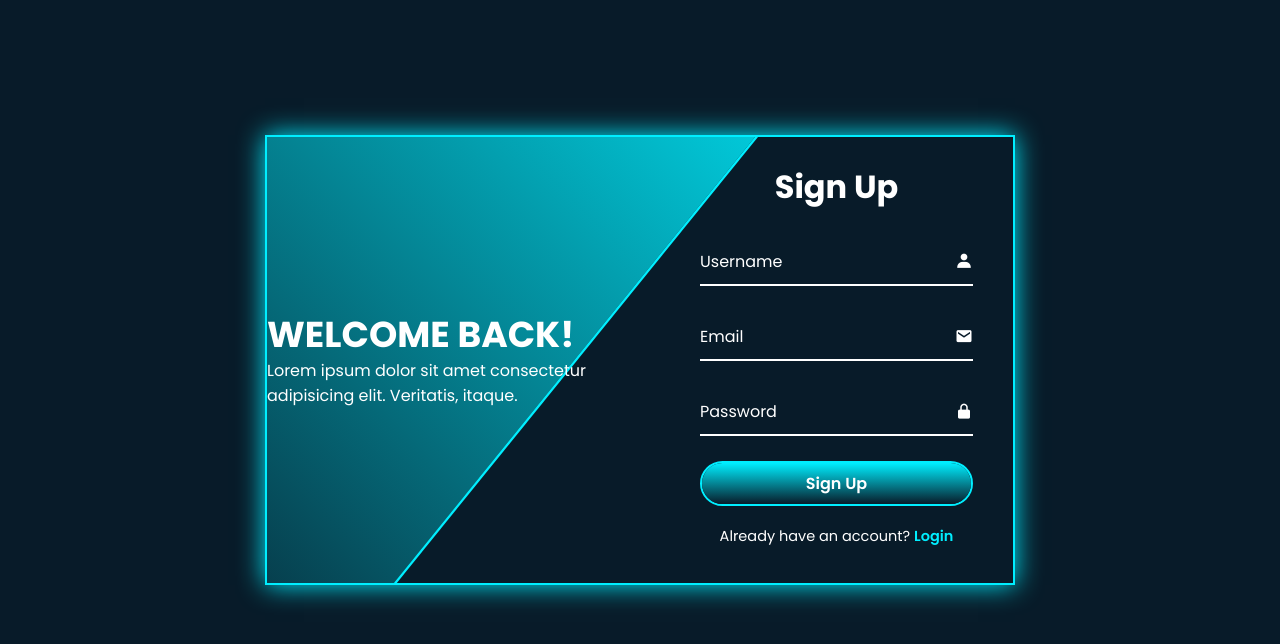
Repository: swastikjhacoder/Login-Registration-HTML
Page: index.html
The author's editor kept a copy of each file at every save. The page is drawn from the files as they stood at one save, then again after the next save.
The browser window is 1280 px wide. The pictures show the whole page.

Above is the page before, as saved 2023-09-18 16:05:44.
Not found: js/toastify.js

### index.html
<!DOCTYPE html>
<html lang="en">
  <head>
    <meta charset="UTF-8" />
    <meta http-equiv="X-UA-Compatible" content="IE=edge" />
    <meta name="viewport" content="width=device-width, initial-scale=1.0" />
    <title>Login</title>
    <link rel="shortcut icon" href="./images/favicon.png" />
    <link rel="stylesheet" href="style.css" />
    <link href='https://unpkg.com/boxicons@2.1.4/css/boxicons.min.css' rel='stylesheet'>
    <script src="./js/toastify.js"></script>
  </head>
  <body>
    <div class="wrapper">
        <span class="bg-animate1"></span>
        <span class="bg-animate2"></span>

        <div class="form-box login">
            <h2>Login</h2>
            <form action="#">
                <div class="input-box">
                    <input type="text" required/>
                    <label>Username</label>
                    <i class='bx bxs-user'></i>
                </div>
                <div class="input-box">
                    <input type="password" required/>
                    <label>Password</label>
                    <i class='bx bxs-lock-alt' ></i>
                </div>
                <button type="submit" class="btn">Login</button>
                <div class="logreg-link">
                    <p>Don't have an account? <a href="#" class="register-link">Sign Up</a></p>
                </div>
            </form>
        </div>
        <div class="info-text login">
            <h2>Welcome Back!</h2>
            <p>Lorem ipsum dolor sit amet consectetur adipisicing elit. Veritatis, itaque.</p>
        </div>

        <div class="form-box register">
            <h2>Sign Up</h2>
            <form action="#">
                <div class="input-box">
                    <input type="text" required/>
                    <label>Username</label>
                    <i class='bx bxs-user'></i>
                </div>
                <div class="input-box">
                    <input type="email" required/>
                    <label>Email</label>
                    <i class='bx bxs-envelope' ></i>
                </div>
                <div class="input-box">
                    <input type="password" required/>
                    <label>Password</label>
                    <i class='bx bxs-lock-alt' ></i>
                </div>
                <button type="submit" class="btn">Sign Up</button>
                <div class="logreg-link">
                    <p>Already have an account? <a href="#" class="login-link">Login</a></p>
                </div>
            </form>
        </div>

        <div class="info-text register">
            <h2>Welcome Back!</h2>
            <p>Lorem ipsum dolor sit amet consectetur adipisicing elit. Veritatis, itaque.</p>
        </div>
    </div>

  </body>
</html>

### style.css
@import url('https://fonts.googleapis.com/css2?family=Poppins:ital,wght@0,100;0,200;0,300;0,400;0,500;0,600;0,700;0,800;0,900;1,400&display=swap');

* {
    margin: 0;
    padding: 0;
    box-sizing: border-box;
    font-family: 'Poppins', sans-serif;
}

body {
    display: flex;
    justify-content: center;
    align-items: center;
    min-height: 100vh;
    background: #081b29;
}

.wrapper {
    position: relative;
    width: 750px;
    height: 450px;
    background: transparent;
    border: 2px solid #0ef;
    box-shadow: 0 0 25px #0ef;
    overflow: hidden;
}

.wrapper .form-box {
    position: absolute;
    top: 0;
    width: 50%;
    height: 100%;
    display: flex;
    flex-direction: column;
    justify-content: center;
}

.wrapper .form-box.login {
    left: 0;
    padding: 0 60px 0 40px;
    display: none;
}

.wrapper .form-box.register {
    right: 0;
    padding: 0 40px 0 60px;
}

.form-box h2 {
    font-size: 32px;
    color: #fff;
    text-align: center;
}

.form-box .input-box {
    position: relative;
    width: 100%;
    height: 50px;
    margin: 25px 0;
}

.input-box input {
    width: 100%;
    height: 100%;
    background: transparent;
    border: none;
    outline: none;
    border-bottom: 2px solid #fff;
    padding-right: 23px;
    font-size: 16px;
    color: #fff;
    font-weight: 500;
    transition: .5s;
}

.input-box input:focus,
.input-box input:valid {
    border-bottom-color: #0ef;
}

.input-box label {
    position: absolute;
    top: 50%;
    left: 0;
    transform: translateY(-50%);
    font-size: 16px;
    color: #fff;
    pointer-events: none;
    transition: .5s;
}

.input-box input:focus~label,
.input-box input:valid~label {
    top: -5px;
    color: #0ef
}

.input-box i {
    position: absolute;
    top: 50%;
    right: 0;
    transform: translateY(-50%);
    font-size: 18px;
    color: #fff;
    transition: .5s;
}

.input-box input:focus~i,
.input-box input:valid~i {
    color: #0ef
}

.btn {
    position: relative;
    width: 100%;
    height: 45px;
    background: transparent;
    border: 2px solid #0ef;
    outline: none;
    border-radius: 40px;
    cursor: pointer;
    font-size: 16px;
    color: #fff;
    font-weight: 600;
    z-index: 1;
    overflow: hidden;
}

.btn::before {
    content: '';
    position: absolute;
    top: -100%;
    left: 0;
    width: 100%;
    height: 300%;
    background: linear-gradient(#081b29, #0ef, #081b29, #0ef);
    z-index: -1;
    transition: .5s;
}

.btn:hover::before {
    top: 0;
}

.form-box .logreg-link {
    font-size: 14.5px;
    color: #fff;
    text-align: center;
    margin: 20px 0 10px;
}

.logreg-link p a {
    color: #0ef;
    text-decoration: none;
    font-weight: 600;
}

.logreg-link p a:hover {
    text-decoration: underline;
}

.wrapper .info-text {
    position: absolute;
    top: 0;
    width: 50%;
    height: 100%;
    display: flex;
    flex-direction: column;
    justify-content: center;
}

.wrapper .info-text.login {
    right: 0;
    text-align: right;
    padding: 0 40px 60px 150px;
    display: none;
}
.wrapper .info-text.register {
    left: 0;
    text-align: left;
    padding: ;
}

.info-text h2 {
    font-size: 36px;
    color: #fff;
    line-height: 1.3;
    text-transform: uppercase;
}

.info-text p {
    font-size: 16px;
    color: #fff;
}

.wrapper .bg-animate1 {
    position: absolute;
    top: -4px;
    right: 0;
    width: 850px;
    height: 600px;
    background: linear-gradient(45deg, #081b29, #0ef);
    border-bottom: 3px solid #0ef;
    /* transform: rotate(10deg) skewY(40deg); */
    transform: rotate(0) skewY(0);
    transform-origin: bottom right;
}

.wrapper .bg-animate2 {
    position: absolute;
    top: 100%;
    left: 250px;
    width: 850px;
    height: 700px;
    background: #081b29;
    border-top: 3px solid #0ef;
    transform: rotate(-11deg) skewY(-40deg);
    transform-origin: bottom left;
}

After the next save:
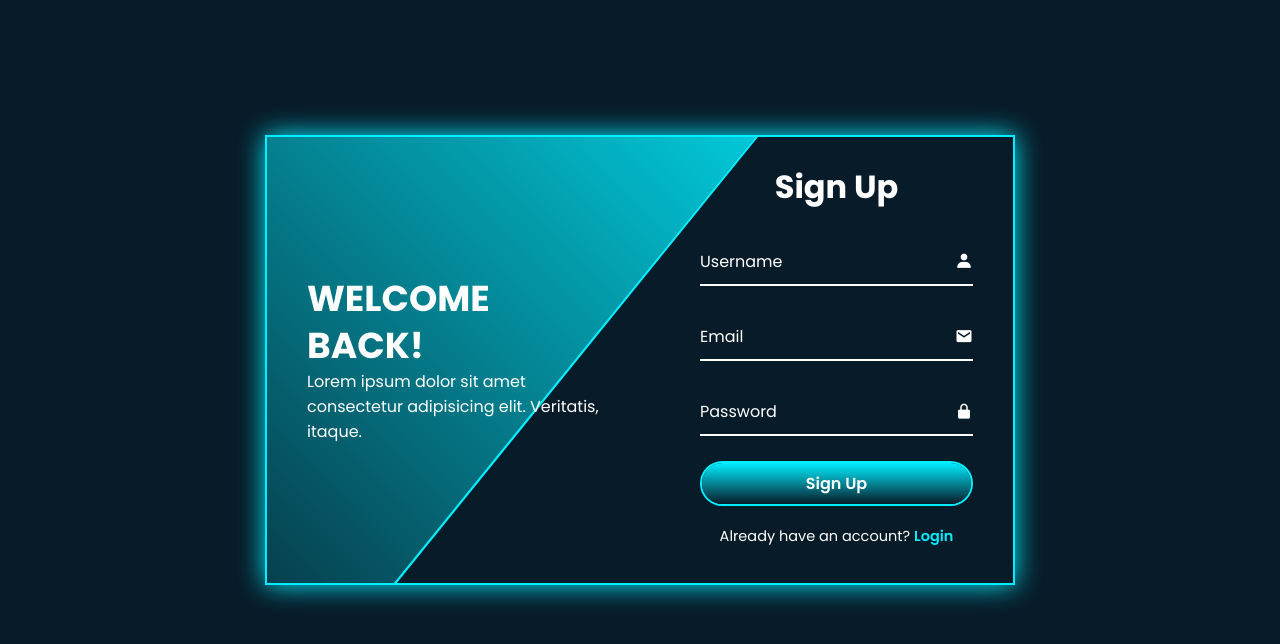
Saved 4 s later.
--- a/style.css
+++ b/style.css
@@ -178,7 +178,7 @@ body {
 .wrapper .info-text.register {
     left: 0;
     text-align: left;
-    padding: ;
+    padding: 40px ;
 }
 
 .info-text h2 {
